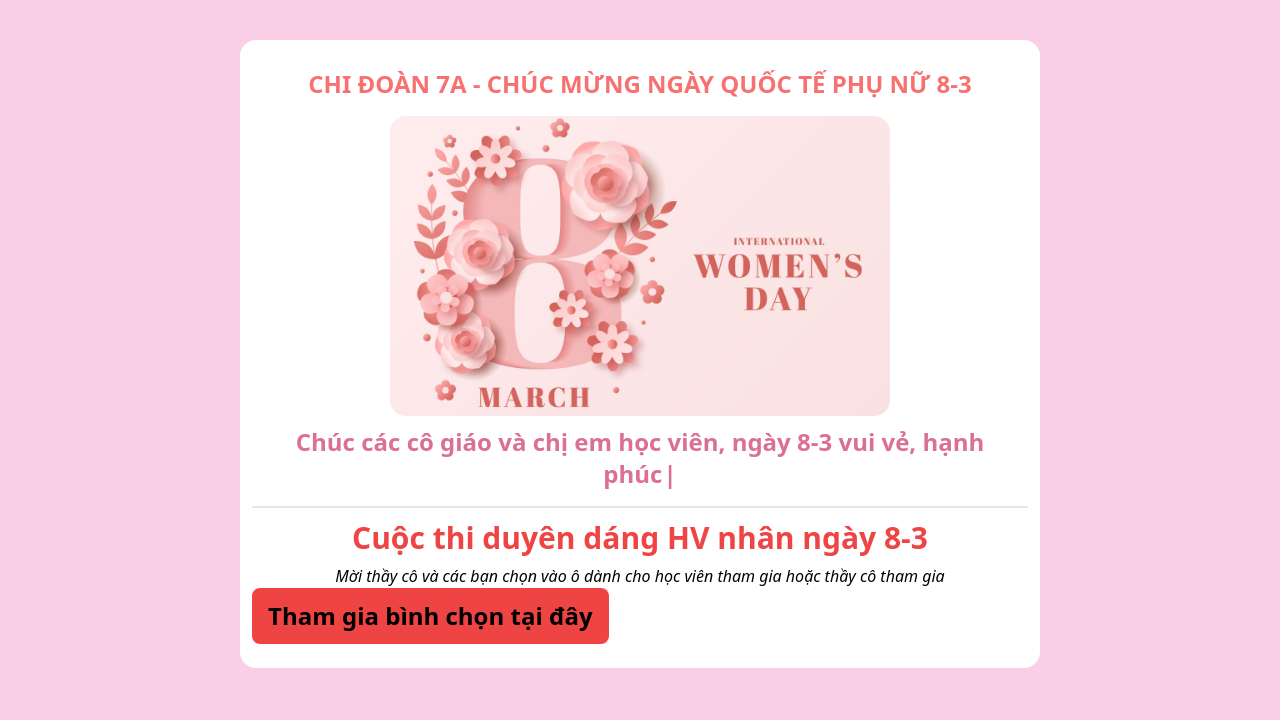
Repository: hoang0508/web-837A
Page: /
The author's editor kept a copy of each file at every save. The page is drawn from the files as they stood at one save, then again after the next save.
The browser window is 1280 px wide. The pictures show the whole page.
Some web fonts or font styles are not loaded; a fallback is used. The project was rebuilt for these pictures with package versions that can differ from the ones it lists, and the page was loaded fresh each time. Also part of the build but not shown: vite.config.js.

Above is the page before, as saved 2025-02-28 19:31:17.

### index.html
<!DOCTYPE html>
<html lang="en">
  <head>
    <meta charset="UTF-8" />
    <link rel="icon" type="image/svg+xml" href="/vite.svg" />
    <meta name="viewport" content="width=device-width, initial-scale=1.0" />
    <link rel="preconnect" href="https://fonts.googleapis.com" />
    <link rel="preconnect" href="https://fonts.gstatic.com" crossorigin />
    <link
      href="https://fonts.googleapis.com/css2?family=Bai+Jamjuree:ital,wght@0,200;0,300;0,400;0,500;0,600;0,700;1,200;1,300;1,400;1,500;1,600;1,700&family=Montserrat:ital,wght@0,100..900;1,100..900&display=swap"
      rel="stylesheet"
    />
    <title>Vite + React</title>
  </head>
  <body>
    <div id="root"></div>
    <script type="module" src="/src/main.jsx"></script>
  </body>
</html>

### src/index.css
@import url("https://fonts.googleapis.com/css2?family=Bai+Jamjuree:ital,wght@0,200;0,300;0,400;0,500;0,600;0,700;1,200;1,300;1,400;1,500;1,600;1,700&family=Montserrat:ital,wght@0,100..900;1,100..900&display=swap");
@tailwind base;
@tailwind components;
@tailwind utilities;
*,
*:before,
*:after {
  box-sizing: border-box;
}

img,
picture,
svg,
video {
  display: block;
  max-width: 100%;
}
input,
select,
textarea {
  background-color: transparent;
  outline: none;
}
button {
  cursor: pointer;
  background-color: transparent;
  outline: none;
  border: 0;
}
body {
  min-height: 100vh;
  font-weight: 400;
  font-size: 16px;
  line-height: 1;
}

.Typewriter {
  margin: 10px;
  color: palevioletred;
  text-align: center;
  height: 70px;
}

### src/App.jsx
import { useState } from "react";
import reactLogo from "./assets/react.svg";
import anh83 from "./assets/anh832.png";
import Typewriter from "typewriter-effect";

import "./index.css";

function App() {
  const [count, setCount] = useState(0);

  return (
    <>
      <div className="text-2xl font-bold  bg-pink-200 min-h-screen p-10">
        <div className="bg-white shadow-3xl p-3 w-[800px]  my-0 mx-auto rounded-2xl">
          <h1 className="text-center text-red-400 p-4 uppercase">
            Chi đoàn 7A - CHÚC MỪNG NGÀY QUỐC TẾ PHỤ NỮ 8-3
          </h1>
          <div className="mx-auto w-[500px] h-[300px]">
            <img
              src={anh83}
              alt="##"
              className="w-full h-full object-cover rounded-2xl"
            />
          </div>
          <div className="border-b-2 border-gray-200">
            <Typewriter
              options={{
                strings: [
                  `${"Chúc các cô giáo và chị em học viên, ngày 8-3 vui vẻ, hạnh phúc, luôn mạnh khỏe và thành công! 🌸💐❤️❤️❤️💰"}`,
                ],
                delay: 75,
                autoStart: true,
                loop: true,
              }}
            />
          </div>
          <div className="my-3">
            <h3 className="text-center font-bold text-red-500 mb-2 text-3xl">
              Cuộc thi duyên dáng HV nhân ngày 8-3
            </h3>
            <p className="text-center italic text-base font-light">
              Mời thầy cô và các bạn chọn vào ô dành cho học viên tham gia hoặc
              thầy cô tham gia
            </p>
            <button className="flex justify-center items-center py-3 px-4 bg-red-500 rounded-lg">
              Tham gia bình chọn tại đây
            </button>
          </div>
        </div>
      </div>
    </>
  );
}

export default App;

### tailwind.config.js
/** @type {import('tailwindcss').Config} */
export default {
  content: ["./index.html", "./src/**/*.{js,ts,jsx,tsx}"],
  theme: {
    extend: {
      keyframes: {
        typing: {
          "0%": {
            width: "0%",
            visibility: "hidden",
          },
          "100%": {
            width: "100%",
          },
        },
        blink: {
          "50%": {
            borderColor: "transparent",
          },
          "100%": {
            borderColor: "white",
          },
        },
      },
      animation: {
        typing: "typing 5s steps(40) infinite alternate, blink .10s infinite",
      },
    },
  },
  plugins: [],
};

Loaded but not shown: src/main.jsx (common file)

After the next save:
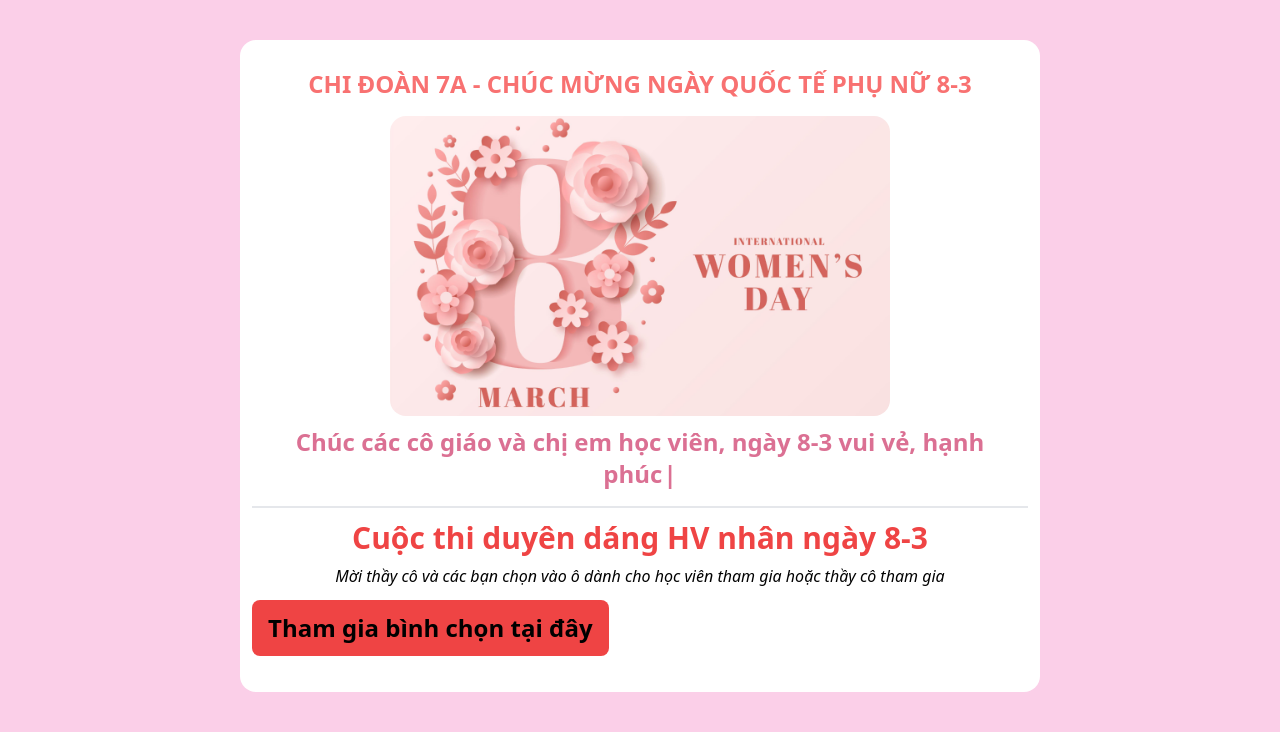
Saved 10 s later.
--- a/src/App.jsx
+++ b/src/App.jsx
@@ -42,9 +42,11 @@ function App() {
               Mời thầy cô và các bạn chọn vào ô dành cho học viên tham gia hoặc
               thầy cô tham gia
             </p>
-            <button className="flex justify-center items-center py-3 px-4 bg-red-500 rounded-lg">
-              Tham gia bình chọn tại đây
-            </button>
+            <div className="py-3">
+              <button className="flex justify-center items-center py-3 px-4 bg-red-500 rounded-lg">
+                Tham gia bình chọn tại đây
+              </button>
+            </div>
           </div>
         </div>
       </div>
